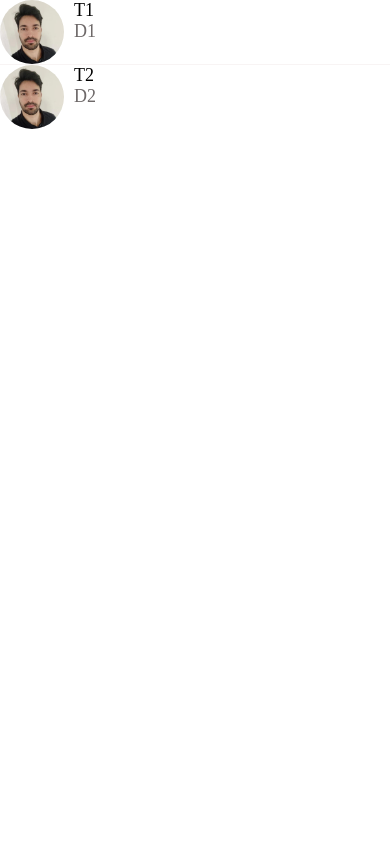
Repository: georgehgfonseca/F05-Trena-Native
Screen: /
An editor plug-in stored every save of this project. The screen is shown before and after the next save, followed by the edit.
The app was drawn by React Native's web renderer in a window 390 px wide. The project was rebuilt for these pictures with package versions that can differ from the ones it lists, and the page was loaded fresh each time. Some packages were replaced by stand-ins written for this rebuild.

Above is the screen before, as saved 2022-10-13 18:12:40.

### App.tsx
import { View } from "react-native";
import Card from "./app/components/Card";
import { ListingDetailsScreen } from "./app/screens/ListingDetailsScreen";
import MessagesScreen from "./app/screens/MessagesScreen";
import ViewImageScreen from "./app/screens/ViewImageScreen";
import WelcomeScreen from "./app/screens/WelcomeScreen";

export default function App() {
  return <MessagesScreen></MessagesScreen>;
}

// <View style={{ backgroundColor: "#f8f4f4", padding: 20, paddingTop: 100 }}>
//   <Card
//     title="Red jacket for sale"
//     subTitle="$100"
//     image={require("./app/assets/jacket.jpg")}
//   ></Card>
// </View>
// import {
//   StyleSheet,
//   Text,
//   View,
//   Image,
//   ImageBackground,
//   SafeAreaView,
//   TouchableHighlight,
//   Button,
//   Alert,
//   Platform,
//   StatusBar,
//   Dimensions,
// } from "react-native";
// import {
//   useDimensions,
//   useDeviceOrientation,
// } from "@react-native-community/hooks";
// import { MaterialCommunityIcons } from "@expo/vector-icons";

// <View style={{ flex: 1, justifyContent: "center", alignItems: "center" }}>
//   </View>
{
  /* <AppButton text="LOGIN" color={colors.primary}></AppButton>
      <AppButton text="REGISTER" color={colors.secondary}></AppButton> */
}
{
  /* <AppText>I love React Native!</AppText> */
}
{
  /* <MaterialCommunityIcons
        size={60}
        color="dodgerblue"
        name="email"
      ></MaterialCommunityIcons> */
}
{
  /* <View
        style={{
          backgroundColor: "dodgerblue",
          width: 100,
          height: 100,
          padding: 20,
          paddingHorizontal: 10,
          paddingLeft: 30,
          // borderWidth: 10,
          // borderRadius: 50,
          // borderColor: "royalblue",
          // elevation: 20,
        }}
      >
        <View style={{ backgroundColor: "gold", width: 50, height: 50 }}></View>
      </View>
      <View
        style={{
          backgroundColor: "tomato",
          width: 100,
          height: 100,
          margin: 20,
        }}
      ></View> */
}

### app/screens/MessagesScreen.tsx
import React from "react";
import { FlatList, View } from "react-native";

import ListItem from "../components/ListItem";
import ListItemSeparator from "../components/ListItemSeparator";
import Screen from "../components/Screen";
import colors from "../config/colors";

const messages = [
  {
    id: 1,
    title: "T1",
    description: "D1",
    image: require("../assets/george.jpeg"),
  },
  {
    id: 2,
    title: "T2",
    description: "D2",
    image: require("../assets/george.jpeg"),
  },
];

export default function MessagesScreen(props: any) {
  return (
    <Screen>
      <FlatList
        data={messages}
        keyExtractor={(message) => message.id.toString()}
        renderItem={({ item }) => (
          <ListItem
            title={item.title}
            subTitle={item.description}
            image={item.image}
          ></ListItem>
        )}
        ItemSeparatorComponent={(props) => <ListItemSeparator />}
      ></FlatList>
    </Screen>
  );
}

// const styles = StyleSheet.create({
//   screen: {
//     paddingTop: Constants.statusBarHeight,
//   },
// });

### app/components/ListItem.tsx
import React from "react";
import { View, StyleSheet, Image, ImageSourcePropType } from "react-native";

import colors from "../config/colors";
import AppText from "./AppText";

interface ListItemProps {
  title: string;
  subTitle: string;
  image: ImageSourcePropType;
}
function ListItem({ title, subTitle, image }: ListItemProps) {
  return (
    <View style={styles.container}>
      <Image style={styles.image} source={image}></Image>
      <View>
        <AppText style={styles.title}>{title}</AppText>
        <AppText style={styles.subTitle}>{subTitle}</AppText>
      </View>
    </View>
  );
}

const styles = StyleSheet.create({
  container: {
    flexDirection: "row",
  },
  image: {
    width: 64,
    height: 64,
    borderRadius: 32,
    marginRight: 10,
  },
  subTitle: {
    color: colors.gray,
  },
  title: {
    fontWeight: "500",
  },
});

export default ListItem;

### app/components/ListItemSeparator.tsx
import React from "react";
import { StyleSheet, View } from "react-native";

import colors from "../config/colors";

export default function ListItemSeparator() {
  return <View style={styles.separator} />;
}

const styles = StyleSheet.create({
  separator: {
    width: "100%",
    height: 1,
    backgroundColor: colors.lightGray,
  },
});

### app/components/Screen.tsx
import React from "react";
import Constants from "expo-constants";

import { SafeAreaView, StyleSheet } from "react-native";

interface ScreenProps {
  children: JSX.Element;
}

function Screen({ children }: ScreenProps) {
  return <SafeAreaView style={styles.screen}>{children}</SafeAreaView>;
}

const styles = StyleSheet.create({
  screen: {
    paddingTop: Constants.statusBarHeight,
  },
});

export default Screen;

### app/config/colors.ts
export default {
    primary: "#fc5c65",
    secondary: "#4ecdc4",
    black: "#000",
    white: "#fff",
    gray: "#6e6969",
    lightGray: "#f8f4f4"
}

### app/components/AppText.tsx
import React from "react";
import { Text, StyleSheet, Platform } from "react-native";

function AppText({ children, style }: any) {
  return <Text style={[styles.text, style]}>{children}</Text>;
}

const styles = StyleSheet.create({
  text: {
    fontSize: 18,
    fontFamily: Platform.OS === "android" ? "Roboto" : "Avenir",
  },
});

export default AppText;

After the next save:
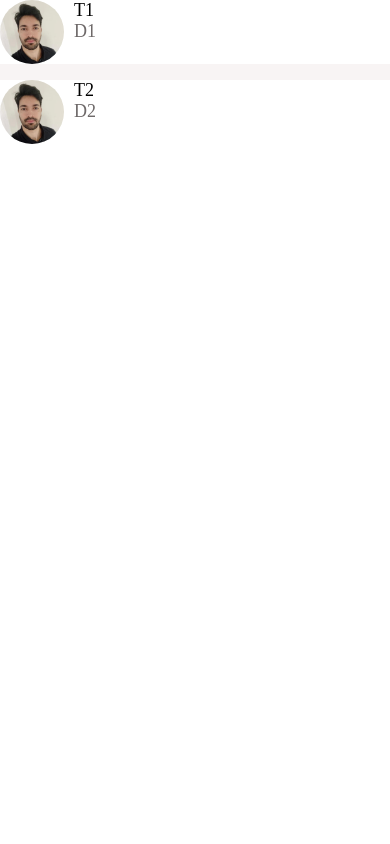
Saved 50 s later.
--- a/app/components/ListItemSeparator.tsx
+++ b/app/components/ListItemSeparator.tsx
@@ -12,5 +12,6 @@
     width: "100%",
     height: 1,
     backgroundColor: colors.lightGray,
+    padding: 8,
   },
 });

After the save that followed:
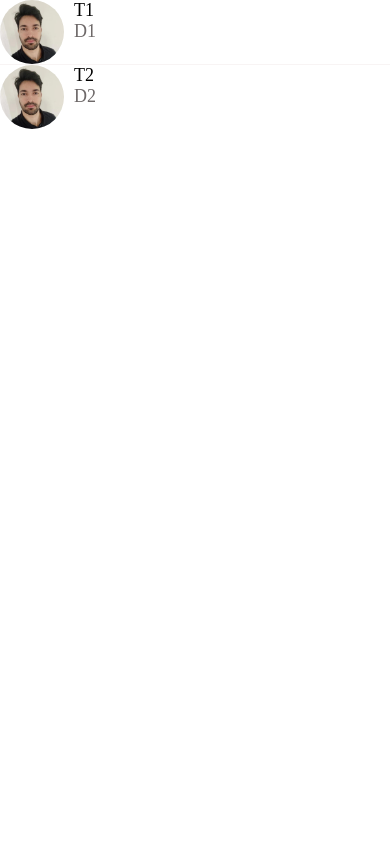
Saved 12 s later.
--- a/app/components/ListItemSeparator.tsx
+++ b/app/components/ListItemSeparator.tsx
@@ -12,6 +12,5 @@
     width: "100%",
     height: 1,
     backgroundColor: colors.lightGray,
-    padding: 8,
   },
 });
